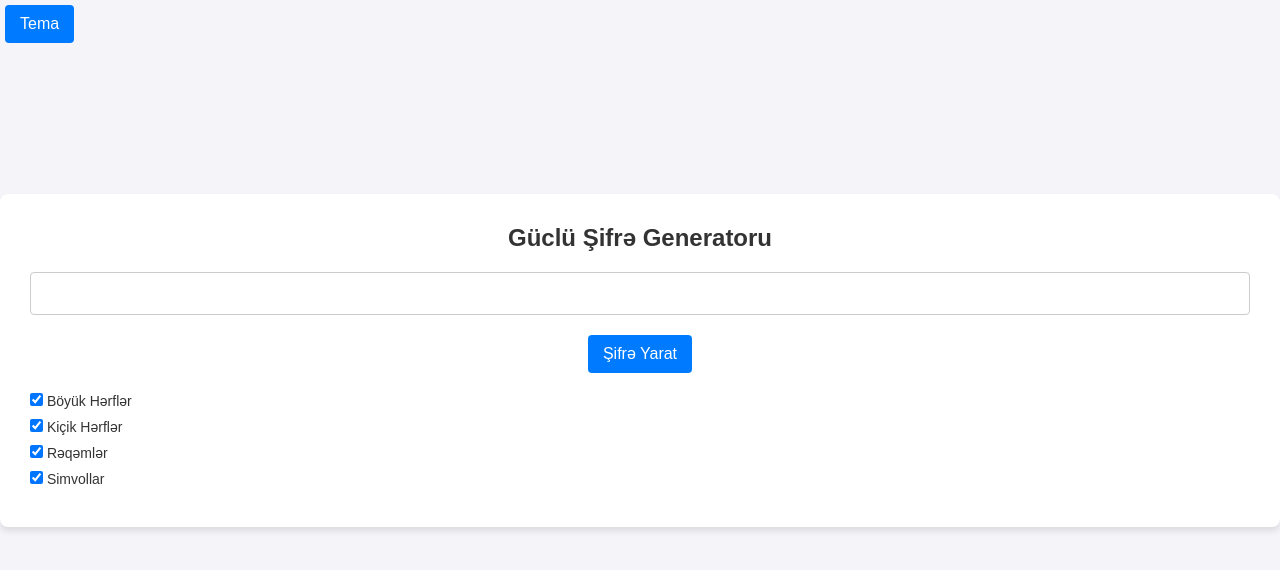
Repository: ferhadsultan98/pass-generator
Page: pass.html
These files come from the project's save history. The page is drawn as it stood at one moment and after a run of saves; the edit follows.
The browser window is 1280 px wide. The pictures show the whole page.

Above is the page before, as saved 2025-03-04 12:04:12.

### pass.html
<!DOCTYPE html>
<html lang="az">
<head>
  <meta charset="UTF-8">
  <meta name="viewport" content="width=device-width, initial-scale=1.0">
  <title>Güclü Şifrə Generatoru</title>
<style>
    * {
  margin: 0;
  padding: 0;
  box-sizing: border-box;
}

body {
  font-family: Arial, sans-serif;
  height: 100vh;
  display: flex;
  justify-content: center;
  align-items: center;
  background-color: #f4f4f9;
  color: #333;
  transition: background-color 0.3s, color 0.3s;
}

body.dark-mode {
  background-color: #333;
  color: #f4f4f9;
}

.container {
  background-color: #fff;
  padding: 30px;
  border-radius: 8px;
  box-shadow: 0 4px 6px rgba(0, 0, 0, 0.1);
  text-align: center;
  width: 100%;
}

body.dark-mode .container {
  background-color: #444;
  box-shadow: 0 4px 6px rgba(0, 0, 0, 0.3);
}

h1 {
  margin-bottom: 20px;
  font-size: 24px;
}

#password {
  width: 100%;
  padding: 10px;
  font-size: 18px;
  margin-bottom: 20px;
  border: 1px solid #ccc;
  border-radius: 4px;
}

button {
  padding: 10px 15px;
  font-size: 16px;
  background-color: #007bff;
  color: white;
  border: none;
  border-radius: 4px;
  cursor: pointer;
}

button:hover {
  background-color: #0056b3;
}

.options {
  margin-top: 20px;
  text-align: left;
}

label {
  display: block;
  margin-bottom: 10px;
  font-size: 14px;
}

.theme-switch {
left: 5px;
top: 5px;
  position: absolute;
}

body.dark-mode .theme-switch label {
  color: #fff;
}

/* Responsiveness */
@media (max-width: 500px) {
  .container {
    padding: 20px;
  }

  h1 {
    font-size: 20px;
  }

  button {
    font-size: 14px;
  }
}

</style>
</head>
<body>
  <div class="container">
    <h1>Güclü Şifrə Generatoru</h1>
    <input type="text" id="password" readonly>
    <button onclick="generatePassword()">Şifrə Yarat</button>

    <div class="options">
      <label>
        <input type="checkbox" id="includeUppercase" checked>
        Böyük Hərflər
      </label>
      <label>
        <input type="checkbox" id="includeLowercase" checked>
        Kiçik Hərflər
      </label>
      <label>
        <input type="checkbox" id="includeNumbers" checked>
        Rəqəmlər
      </label>
      <label>
        <input type="checkbox" id="includeSymbols" checked>
        Simvollar
      </label>
    </div>

    <div class="theme-switch">
        <button id="themeToggle"  onchange="toggleTheme()">Tema</button>
    </div>
  </div>

<script>
    // Şifrə yaratma funksiyası
function generatePassword() {
  const length = 12; // Şifrə uzunluğu
  const includeUppercase = document.getElementById('includeUppercase').checked;
  const includeLowercase = document.getElementById('includeLowercase').checked;
  const includeNumbers = document.getElementById('includeNumbers').checked;
  const includeSymbols = document.getElementById('includeSymbols').checked;

  let characters = '';
  if (includeUppercase) characters += 'ABCDEFGHIJKLMNOPQRSTUVWXYZ';
  if (includeLowercase) characters += 'abcdefghijklmnopqrstuvwxyz';
  if (includeNumbers) characters += '0123456789';
  if (includeSymbols) characters += '!@#$%^&*()-_=+[]{}|;:,.<>?/';

  if (characters === '') {
    alert('Ən az bir seçim etməlisiniz!');
    return;
  }

  let password = '';
  for (let i = 0; i < length; i++) {
    password += characters.charAt(Math.floor(Math.random() * characters.length));
  }

  document.getElementById('password').value = password;
}

// Tema dəyişdirmə funksiyası
function toggleTheme() {
  const themeToggle = document.getElementById('themeToggle');
  if (themeToggle.checked) {
    document.body.classList.add('dark-mode');
  } else {
    document.body.classList.remove('dark-mode');
  }
}

</script>
</body>
</html>

After the next 2 saves:
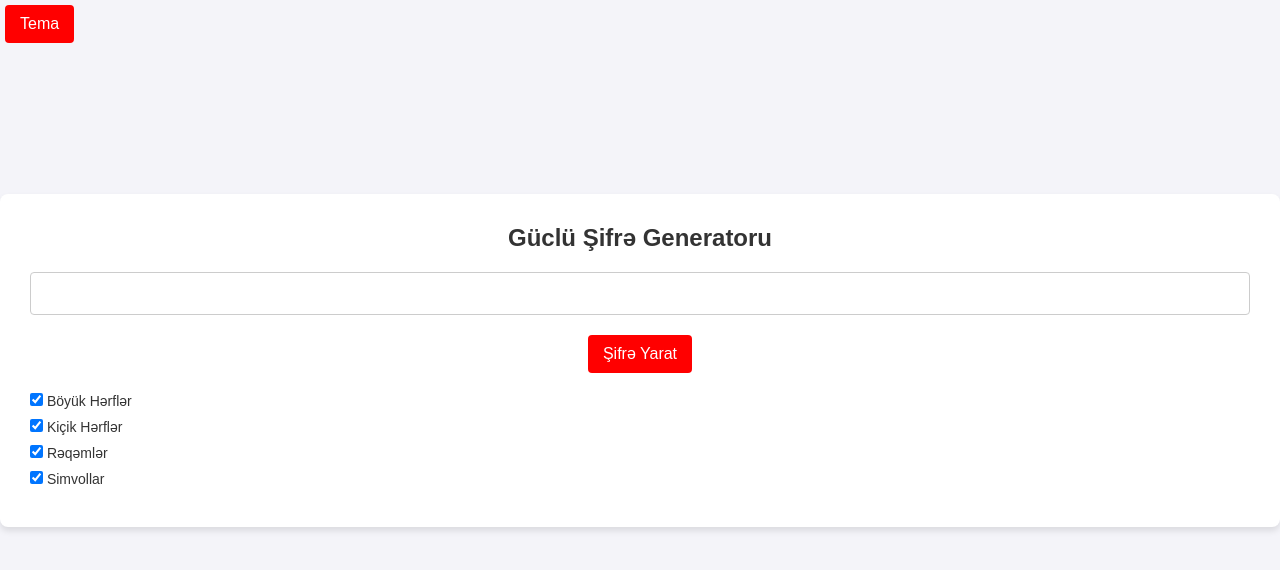
The 2 saves are shown as one change because they came seconds apart.
The last was saved 16 s later.
--- a/pass.html
+++ b/pass.html
@@ -58,7 +58,7 @@ h1 {
 button {
   padding: 10px 15px;
   font-size: 16px;
-  background-color: #007bff;
+  background-color: red;
   color: white;
   border: none;
   border-radius: 4px;
@@ -66,7 +66,7 @@ button {
 }
 
 button:hover {
-  background-color: #0056b3;
+  background-color: red;
 }
 
 .options {
